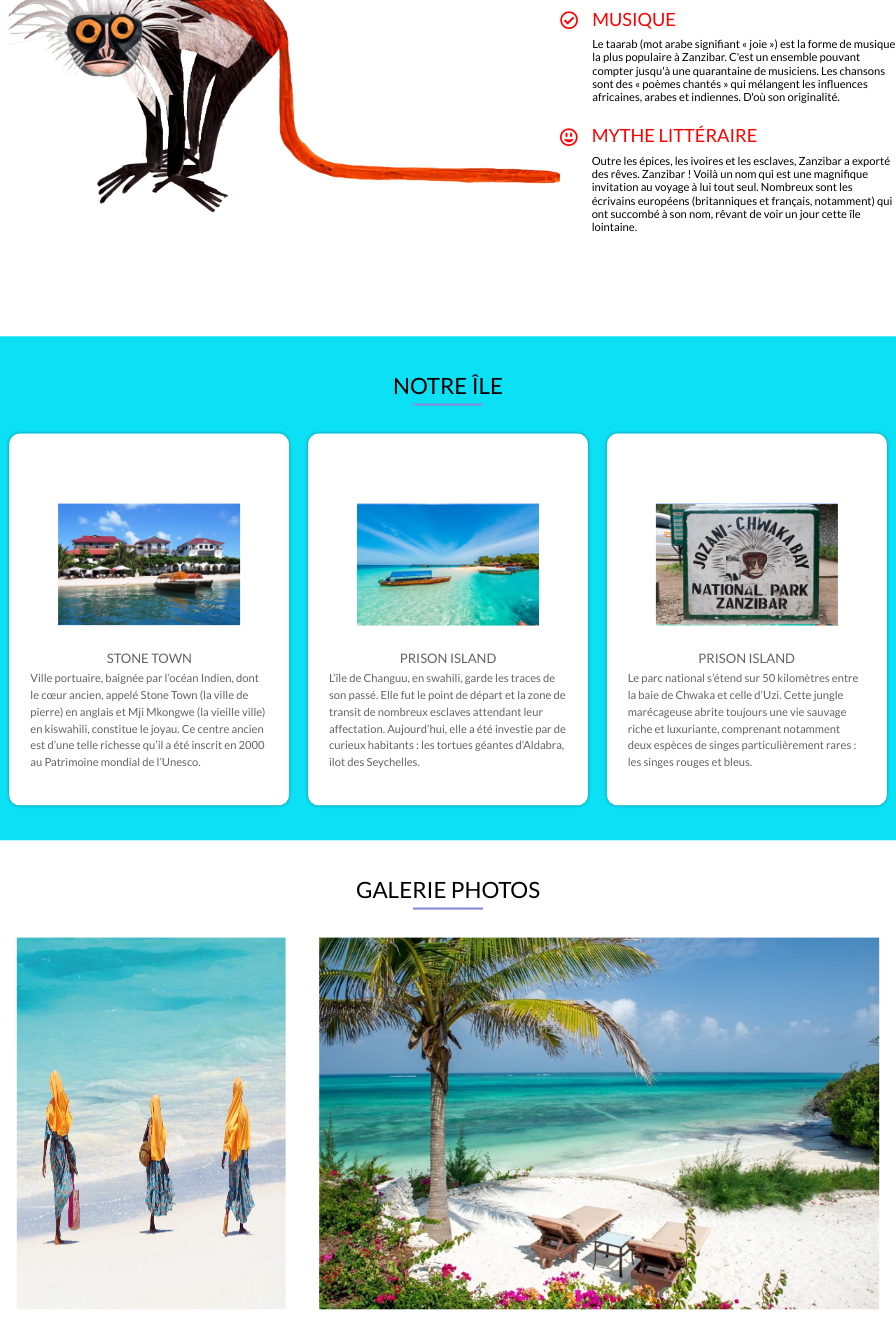
Repository: ypiard85/zanzibar
Page: index.html
These files come from the project's save history. The page is drawn as it stood at one moment and after the next save; the edit follows.
The browser window is 1280 px wide. The pictures show the part of the page from y = 1099 to 3019 px (the page is 3019 px tall before and 2743 px after), at 70% of full size.
Some web fonts or font styles are not loaded; a fallback is used.

Above is the page before, as saved 2021-03-01 10:35:32.

After the next save:
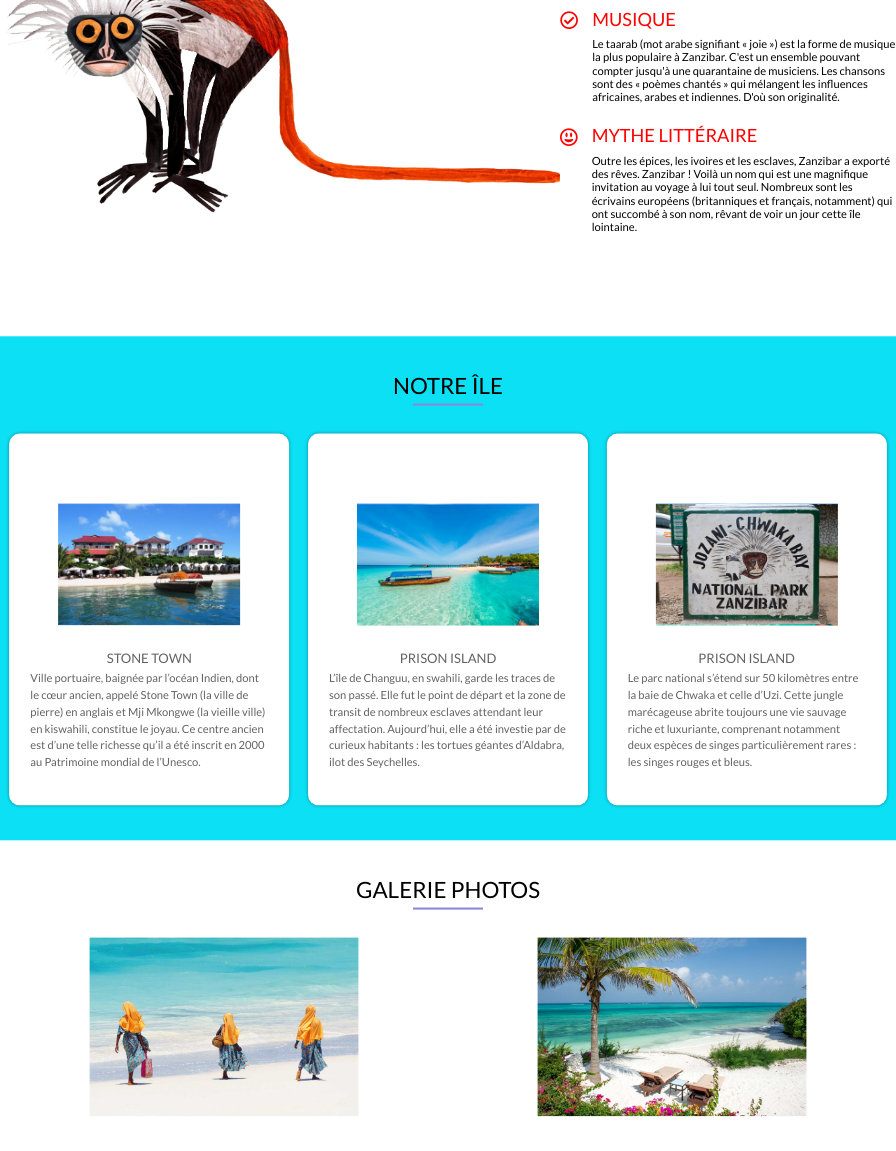
Saved 5 s later.
--- a/style.css
+++ b/style.css
@@ -209,6 +209,6 @@ section .title p {
 .image_galerie img:nth-child(1){
     width: 30%;
 }
-.image_galerie img:nth-child(1){
+.image_galerie img:nth-child(2){
     width: 30%;
 }
